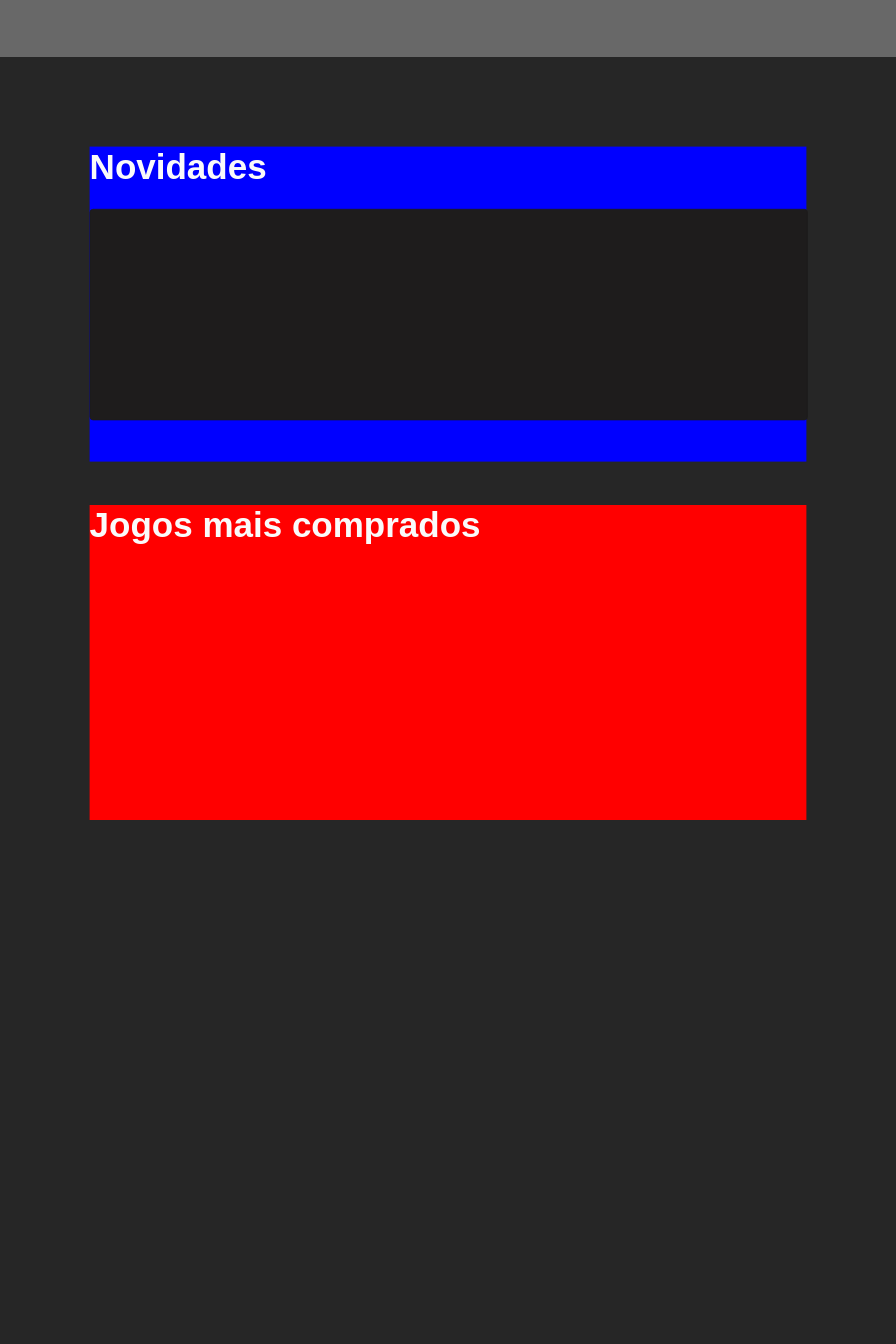
Repository: MarcoantonioCaldeira/Projeto-Go-Gamming
Page: /
The author's editor kept a copy of each file at every save. The page is drawn from the files as they stood at one save, then again after the next save.
The browser window is 1280 px wide. The pictures show the part of the page from y = 689 to 2609 px (the page is 3570 px tall), at 70% of full size.
The project was rebuilt for these pictures with package versions that can differ from the ones it lists, and the page was loaded fresh each time. Also part of the build but not shown: src/pages/Jogos/Jogos.js, src/pages/Categorias/Acao.js, src/pages/Categorias/Aventura.js, src/pages/Categorias/Arcades.js, src/pages/Categorias/Familia.js, src/pages/Categorias/Independentes.js, src/pages/Categorias/Jogos_RPG.js, src/pages/Categorias/Gratuitos.js and 4 more.

Above is the page before, as saved 2023-02-13 18:47:53.

### src/App.js
import ReactDOM from "react-dom/client";
import "./fonts/Poppins.ttf";
import { BrowserRouter, Routes, Route } from "react-router-dom";

import Menu from "./pages/Menu/Menu";
import Inicio from "./pages/Inicio/Inicio";

//Categorias
import Jogos from "./pages/Jogos/Jogos";
import Acao from "./pages/Categorias/Acao";
import Aventura from "./pages/Categorias/Aventura";
import Arcades from "./pages/Categorias/Arcades";
import Familia from "./pages/Categorias/Familia";
import Independentes from "./pages/Categorias/Independentes";
import Jogos_RPG from "./pages/Categorias/Jogos_RPG";
import Gratuitos from "./pages/Categorias/Gratuitos";
import Terror from "./pages/Categorias/Terror";
import Suspence from "./pages/Categorias/Suspence";


import Login from "./pages/Login/Login";
import Cadastro from "./pages/Cadastro/Cadastro";

function App() {
  return (
   <BrowserRouter>
    <Routes>
      <Route path="/" element={<Menu />}>
          <Route index element={<Inicio />} />
          <Route path="jogos" element={< Jogos />} />
            <Route path="Acao" element={<Acao />} />
            <Route path="Aventura" element={<Aventura />} />
            <Route path="Arcades" element={<Arcades />} />
            <Route path="Familia" element={<Familia />} />
            <Route path="Independentes" element={<Independentes />} />
            <Route path="Jogos_RPG" element={<Jogos_RPG />} />
            <Route path="Gratuitos" element={<Gratuitos />} />
            <Route path="Terror" element={<Terror />} />
            <Route path="Suspence" element={<Suspence />} />
          <Route path="Login" element={<Login />} />
          <Route path="Cadastro" element={<Cadastro />} />
        </Route>
    </Routes>
   </BrowserRouter>
  );
}

const root = ReactDOM.createRoot(document.getElementById('root'))
root.render(<App />);

export default App;

### src/pages/Menu/Menu.js
import { Outlet, Link } from "react-router-dom";
import './estilo.css';


const Menu = () => {
  return (
      <>
        <nav id="nav_bar">
          <ul id="menu">
            <li>
              <Link to="/">Inicio</Link>
            </li>
            <li>
              <Link to="/Jogos">Jogos</Link>
            </li>
            <div class="dropdown" >
              <button class="dropbtn">Categorias</button>
                  <div class="dropdown-content">
                    <a><Link to="./Acao">Ação</Link></a>
                    <a><Link to="./Aventura">Aventura</Link></a>
                    <a><Link to="./Arcades">Arcades</Link></a>
                    <a><Link to="./Familia">Familia</Link></a>
                    <a><Link to="./Independentes">Independetes</Link></a>
                    <a><Link to="./Jogos_RPG">Jogos_RPG</Link></a>
                    <a><Link to="./Gratuitos">Gratuitos</Link></a>
                    <a><Link to="./Terror">Torror</Link></a>
                    <a><Link to="./Suspence">Suspence</Link></a>
                  </div>
            </div>
          </ul>
          <div id="area_cliente">
            <button class="area_cliente_login"><Link to="./Login">Entrar</Link></button>
            <button class="area_cliente_cadastro"><Link to="./Cadastro">Cadastro</Link></button>
          </div>
        </nav>
        <Outlet />
      </>
  )
};

export default Menu;

### src/pages/Inicio/Inicio.js
import "./estilo.css"
import  Rodape from  "../rodape/rodape"


const Inicio = () => {

    return(
        <div>

            <div id="Local_Img">
                <h1>Aqui vai ficar o banner</h1>
            </div>
            <div id="Corpo_Site">

                <div id="Area_Principal">

                    <h2 class="h1_novidades">Novidades</h2>

                    <div id="Area_Novidades">

                    </div>
                </div>


                <div id="Area_Principal_2">

                    <h2 class="h1_mais_comprados">Jogos mais comprados</h2>

                    <div id="Area_Mais_Comprados">

                    </div>
                </div>

            </div>
            <Rodape />
        </div>
    )
}

export default Inicio;

### src/pages/Menu/estilo.css

*{
    text-decoration: none;
    margin: 0;
    padding: 0;
}

#nav_bar{
    width: 100%;
    height: 70px;
    background-color: #181616;
}

#menu{
    width:20%;
    height: 70px;
    margin-left: 15%;
    /* background-color: red; */
    list-style:none;
}

#nav_bar li{
    position:relative;
    float:left;
}

#nav_bar li a{
    text-decoration:none;
    padding:5px 10px;
    margin-top: 30%;
    display:block;
    color: white;
    font-weight: 700;
    font-family: 'Montserrat', sans-serif;
}



/* DropDown Button */

.dropdown {
    position: relative;
    display: inline-block;
}


.dropbtn{
    position: relative;
    background-color: #181616;
    padding: 10px 15px;
    font-size: 15px;
    margin-top: 12%;
    font-family: 'Montserrat', sans-serif;
    font-weight: 700;
    border: 1px solid;
    border-radius: 5px;
    border-color: #181616;
    color: white;
}


.dropdown-content {
    display: none;
    position: absolute;
    background-color: #222121;
    font-size: 80%;
    font-weight: 700;
    font-family: 'Montserrat', sans-serif;
    min-width: 80px;
    box-shadow: 0px 8px 16px 0px rgba(0,0,0,0.2);
    z-index: 1;
  }

  .dropdown-content a {
    color: white;
    padding: 12px 16px;
    text-decoration: none;
    display: block;
  }

  .dropdown-content a:hover {background-color: #2b2a2a}

  .dropdown:hover .dropdown-content {
    display: block;
  }

  /* Area do Cliente */

  #area_cliente{
    position: relative;
    width: 20%;
    margin-left: 75%;
    margin-top: -6%;
    height: 70px;
    text-decoration: none;
  }

  .area_cliente_login{
    padding: 10px 20px;
    font-weight: 700;
    border-radius: 5px;
    color: white;
    background-image:  linear-gradient(to bottom right,#64b9f2, #47A2E0, #0770E7);
    font-family: 'Montserrat', sans-serif;
    border-color: none;
  }

  .area_cliente_cadastro{
    margin-top: 10%;
    padding: 10px 30px;
    font-weight: 700;
    margin-left: 4px;
    color: white;
    border-radius: 5px;
    background-image:  linear-gradient(to bottom right,#57afea,#47A2E0, #0770E7);
    font-family: 'Montserrat', sans-serif;
    border-color: none;
  }

### src/pages/Inicio/estilo.css

#Local_Img{
    background-color: rgb(104, 104, 104);
    width: 100%;
    height: 700px;
}

#Corpo_Site{
    width: 100%;
    background-color: #262626;
    height: 2500px;
}

#RodapeSite{
    width: 100%;
    height: 300px;
    background-color: #181616;
}

/* Estilizando as categorias */

/* Novides do mês */
#Area_Principal{
    position: absolute;
    width: 80%;
    height:450px;
    background-color: blue;
    margin-left: 10%;
    margin-top: 10%;
}


.h1_novidades{
    font-family: Arial, Helvetica, sans-serif;
    color: #FAFAFA;
    font-size: 50px;

}

#Area_Novidades{
    position: relative;
    margin-top: 3%;
    width: 100%;
    height: 300px;
    /* margin-left: 10%; */
    border-radius: 5px;
    border: 1px solid #1E1C1C;
    background-color: #1E1C1C;
}


/* Jogos mais vendidos */

#Area_Principal_2{
    position: absolute;
    width: 80%;
    background-color: red;
    height:450px;
    margin-left: 10%;
    margin-top: 50%;
}

.h1_mais_comprados{
    font-family: Arial, Helvetica, sans-serif;
    color: #FAFAFA;
    font-size: 50px;

}

### src/pages/rodape/rodape.js


const rodape = () => {

    return(
        <div id="RodapeSite">
            <h2>Aqui é o rodape</h2>
        </div>
    )
}

export default rodape;

Loaded but not shown: public/index.html (common file); src/index.js (common file); src/reportWebVitals.js (common file)

After the next save:
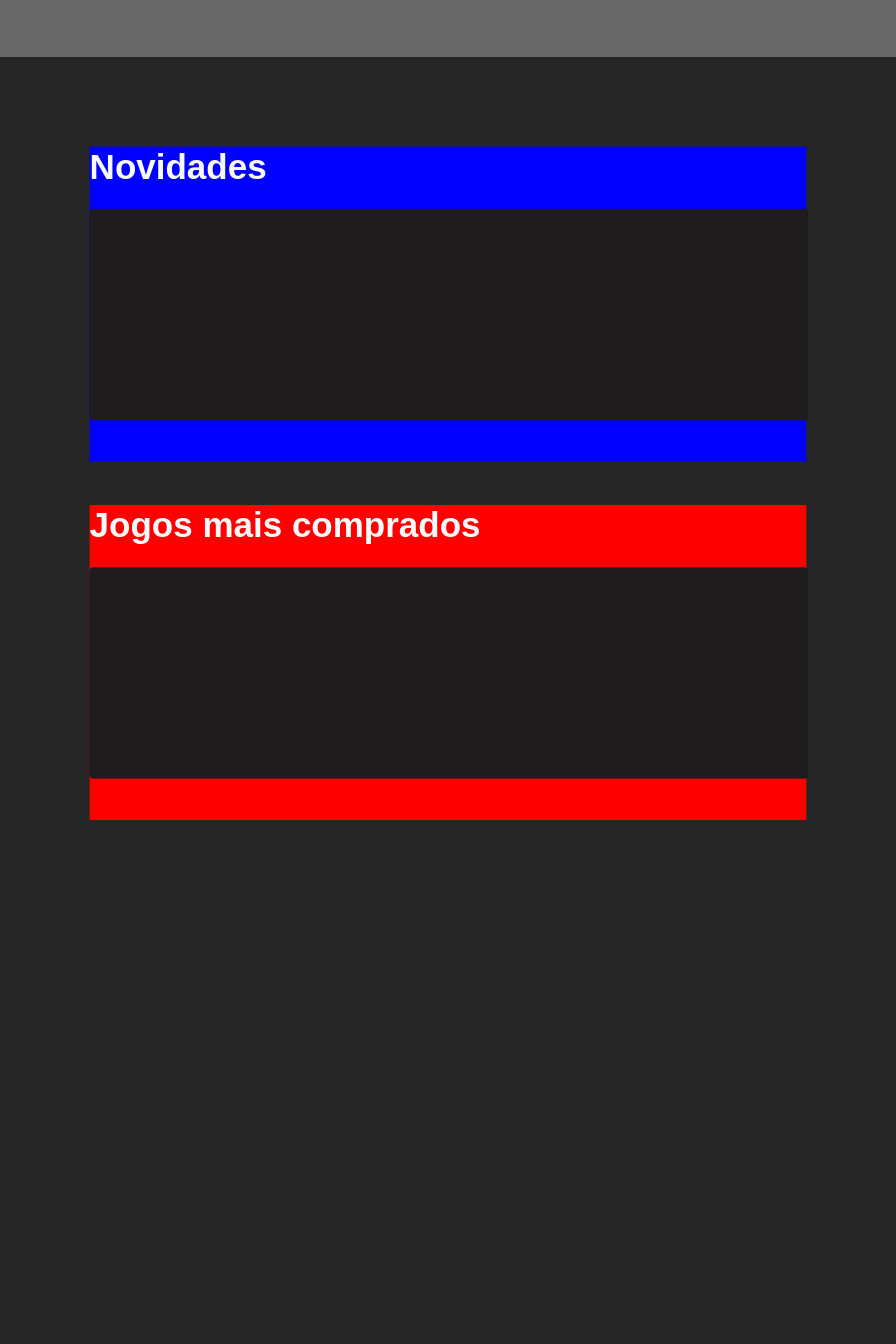
Saved 53 s later.
--- a/src/pages/Inicio/estilo.css
+++ b/src/pages/Inicio/estilo.css
@@ -64,5 +64,15 @@
     font-family: Arial, Helvetica, sans-serif;
     color: #FAFAFA;
     font-size: 50px;
+}
 
+#Area_Mais_Comprados{
+    position: relative;
+    margin-top: 3%;
+    width: 100%;
+    height: 300px;
+    /* margin-left: 10%; */
+    border-radius: 5px;
+    border: 1px solid #1E1C1C;
+    background-color: #1E1C1C;
 }
